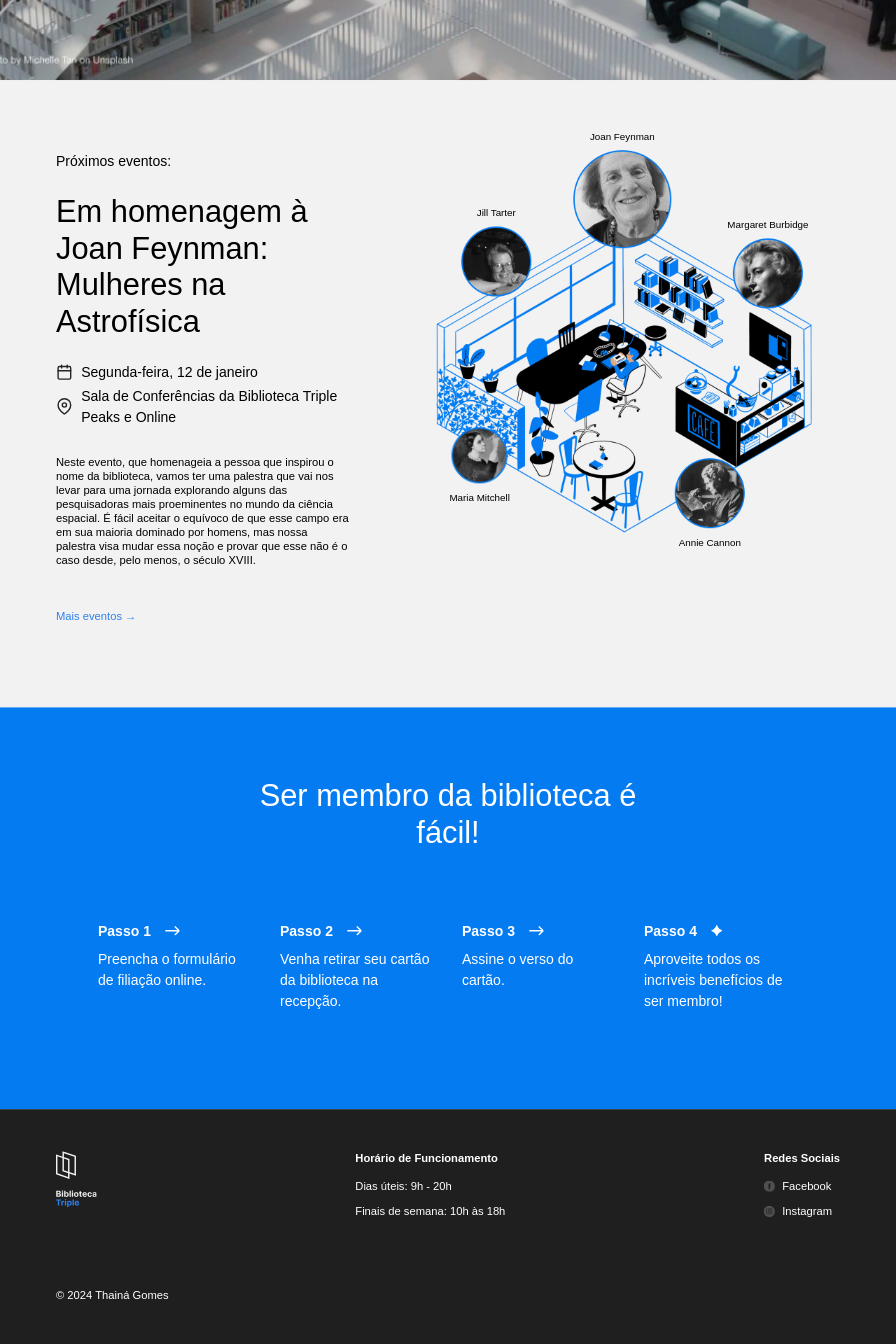
Repository: thainagomesc/web_project_library_pt
Page: index.html
These files come from the project's save history. The page is drawn as it stood at one moment and after the next save; the edit follows.
The browser window is 1280 px wide. The pictures show the part of the page from y = 1872 to 3792 px (the page is 3792 px tall), at 70% of full size.

Above is the page before, as saved 2025-12-29 19:52:31.

After the next save:
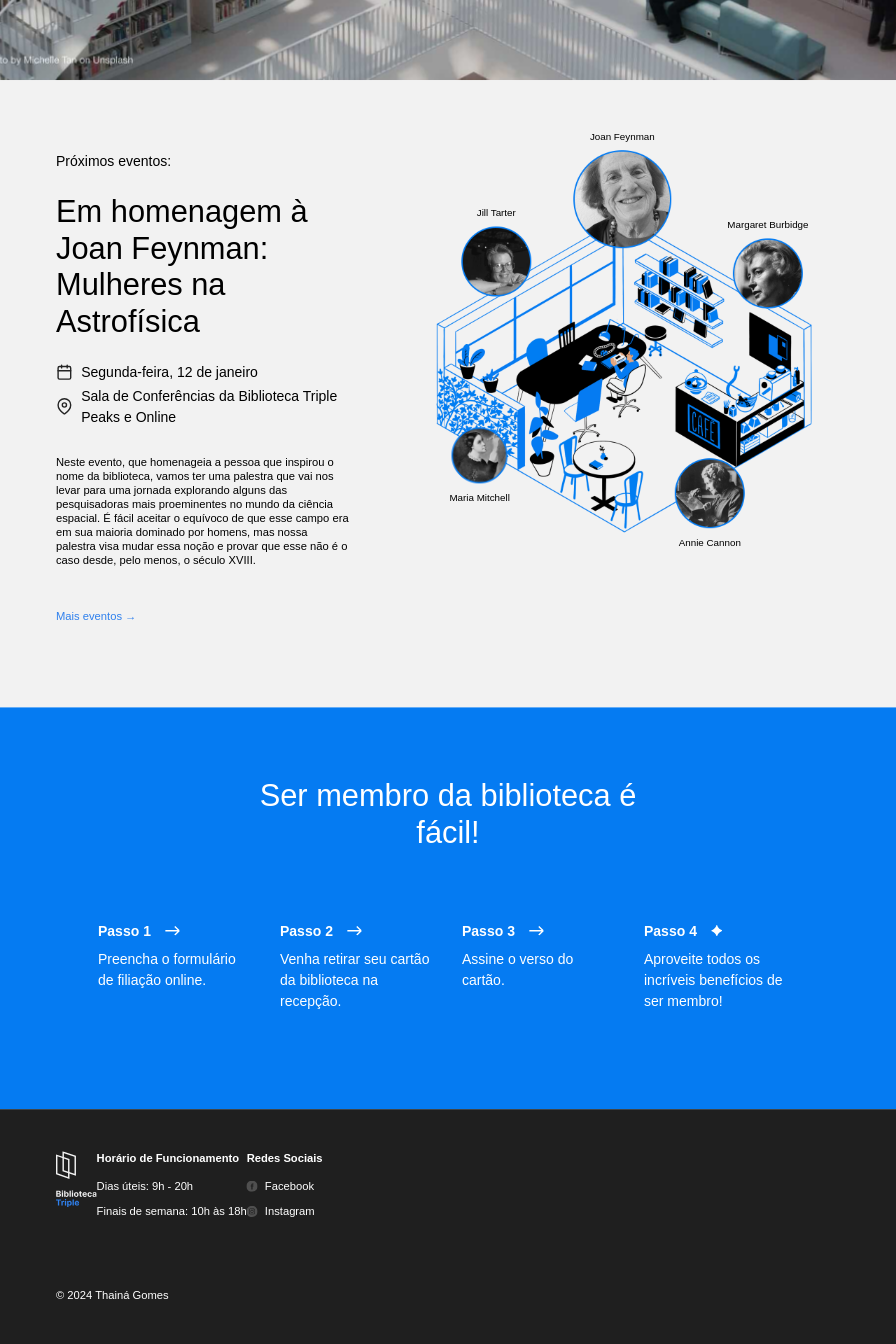
Saved 4 min 21 s later.
--- a/styles/style.css
+++ b/styles/style.css
@@ -357,9 +357,9 @@
 
 .footer__columns {
   display: flex;
-  justify-content: space-between;
   align-items: flex-start;
-  margin-bottom: 100px; /* Espaço até o copyright conforme diagrama */
+  padding: 0; /* Certifique-se de que não há padding extra aqui */
+  margin-bottom: 100px; /* Distância para o copyright conforme diagrama [cite: 181] */
 }
 
 .footer__column_content_hours {
